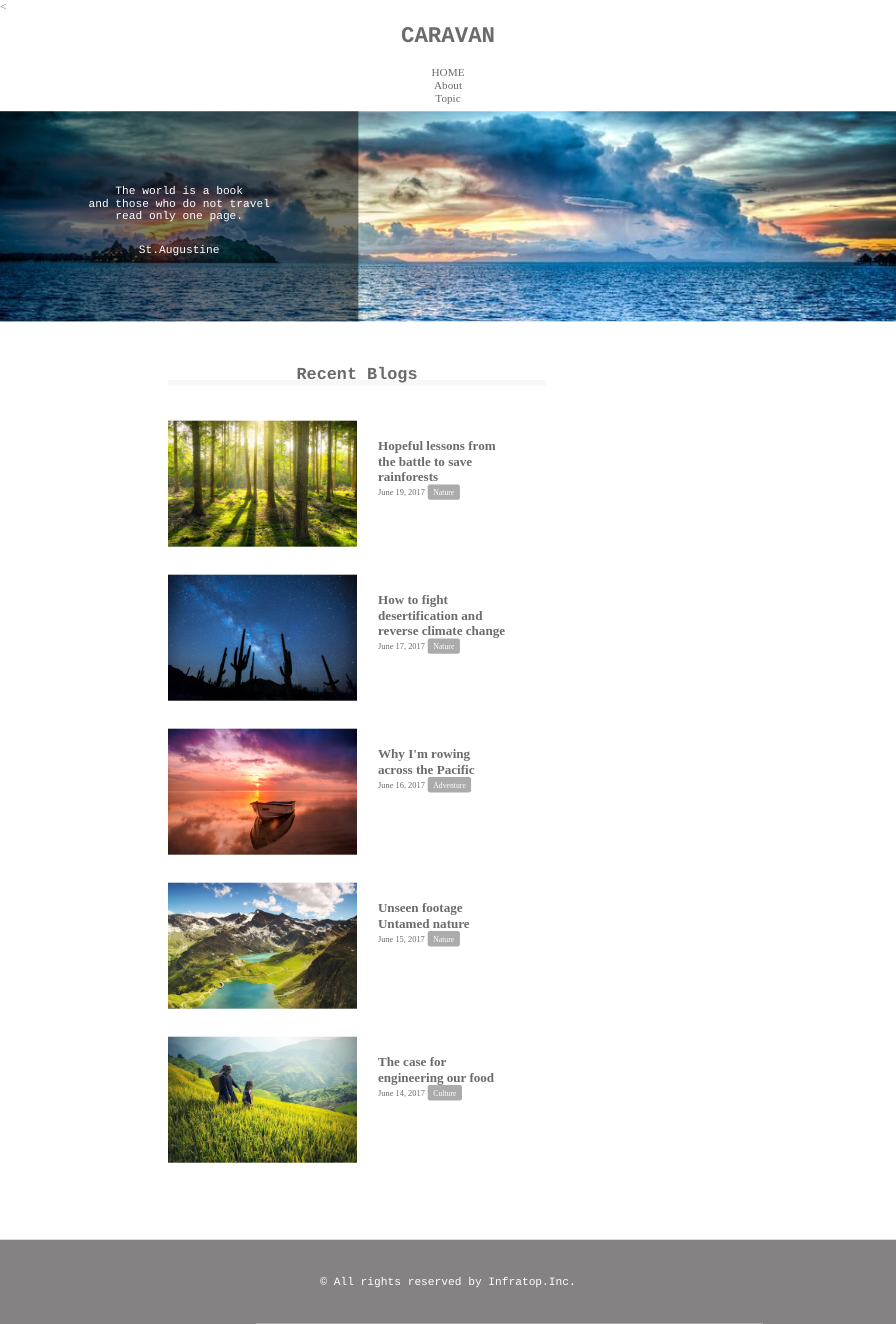
Repository: YabuYoshi/Bookers1
Page: carvan/index.html
The author's editor kept a record of every edit. The page is drawn from the files as they stood at one moment, then again after the next edit.
The browser window is 1280 px wide. The pictures show the whole page, at 70% of full size.

Above is the page before.

After the next edit:
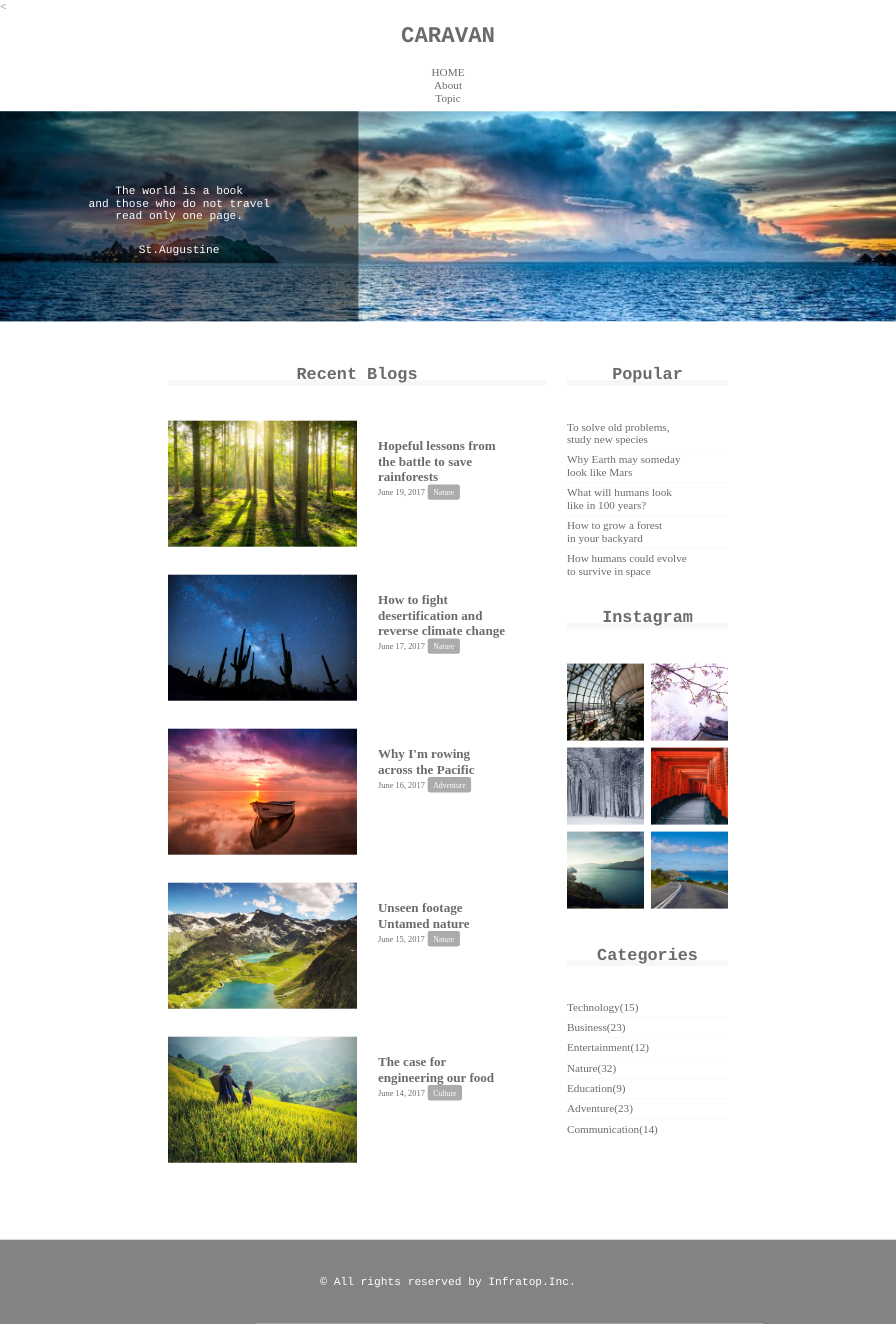
The edit:
--- a/carvan/index.html
+++ b/carvan/index.html
@@ -118,7 +118,41 @@
         </div>
       </section>
 
-      <div class="sidebar"></div>
+      <div class="sidebar">
+         <section class="popular">
+          <h2 class="popular-heading common-heading">Popular</h2>
+          <div class="sidebar-contents">
+            <p class="popular-text">To solve old problems,<br>study new species</p>
+            <p class="popular-text">Why Earth may someday<br>look like Mars</p>
+            <p class="popular-text">What will humans look<br>like in 100 years?</p>
+            <p class="popular-text">How to grow a forest<br>in your backyard</p>
+            <p class="popular-text">How humans could evolve<br>to survive in space</p>
+          </div>
+        </section>
+        <section class="instagram">
+          <h2 class="instagram-heading common-heading">Instagram</h2>
+          <div class="sidebar-contents">
+            <div class="instagram-box"></div>
+            <div class="instagram-box"></div>
+            <div class="instagram-box"></div>
+            <div class="instagram-box"></div>
+            <div class="instagram-box"></div>
+            <div class="instagram-box"></div>
+          </div>
+        </section>
+        <section class="categories">
+          <h2 class="categories-heading common-heading">Categories</h2>
+          <div class="sidebar-contents">
+            <p class="categories-text">Technology(15)</p>
+            <p class="categories-text">Business(23)</p>
+            <p class="categories-text">Entertainment(12)</p>
+            <p class="categories-text">Nature(32)</p>
+            <p class="categories-text">Education(9)</p>
+            <p class="categories-text">Adventure(23)</p>
+            <p class="categories-text">Communication(14)</p>
+          </div>
+        </section>
+      </div>
     </main>
 
     <footer>
